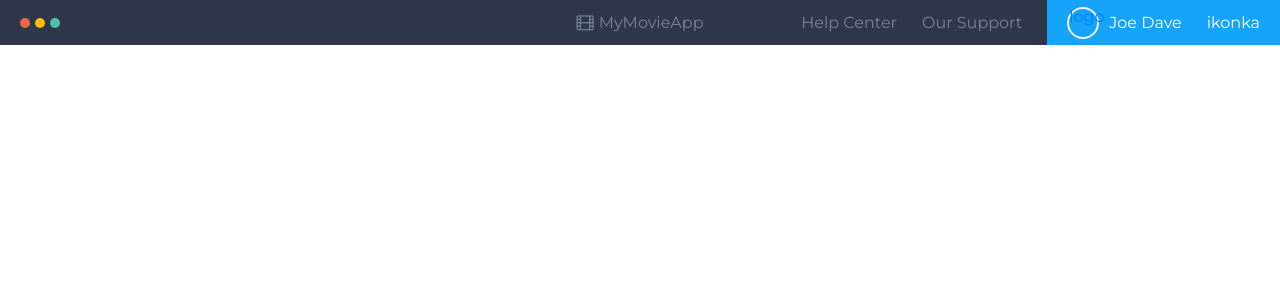
Repository: zyng/movie
Page: /
These files come from the project's save history. The page is drawn as it stood at one moment and after the next save; the edit follows.
The browser window is 1280 px wide. The pictures show the whole page.
Some web libraries are served in a nearby version. The project was rebuilt for these pictures with package versions that can differ from the ones it lists, and the page was loaded fresh each time.

Above is the page before, as saved 2019-01-14 20:17:45.

After the next save:
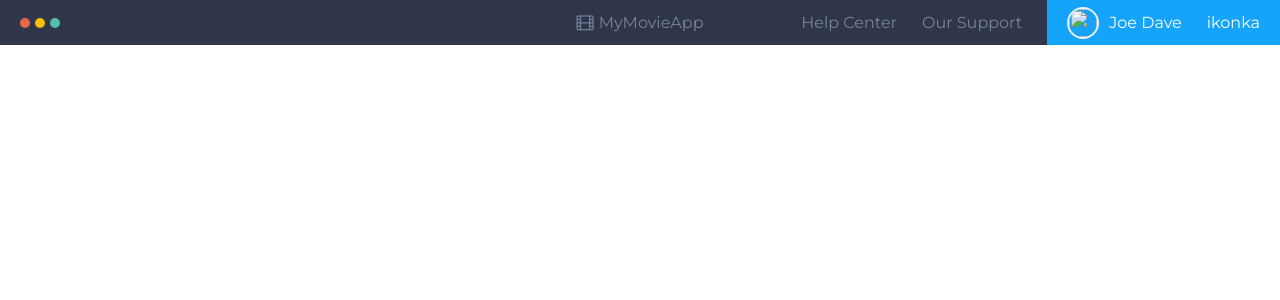
Saved 8 s later.
--- a/src/components/Header/Header.js
+++ b/src/components/Header/Header.js
@@ -22,7 +22,7 @@
                     <a href="/">Our Support</a>
                     <div className="profile">
                         <a href="/">
-                            <div className="profile__logo">logo</div>
+                            <div className="profile__logo"><img src="" alt="" /></div>
                             <div className="profile__name">Joe Dave</div>
                             <i>ikonka</i>
                         </a>
